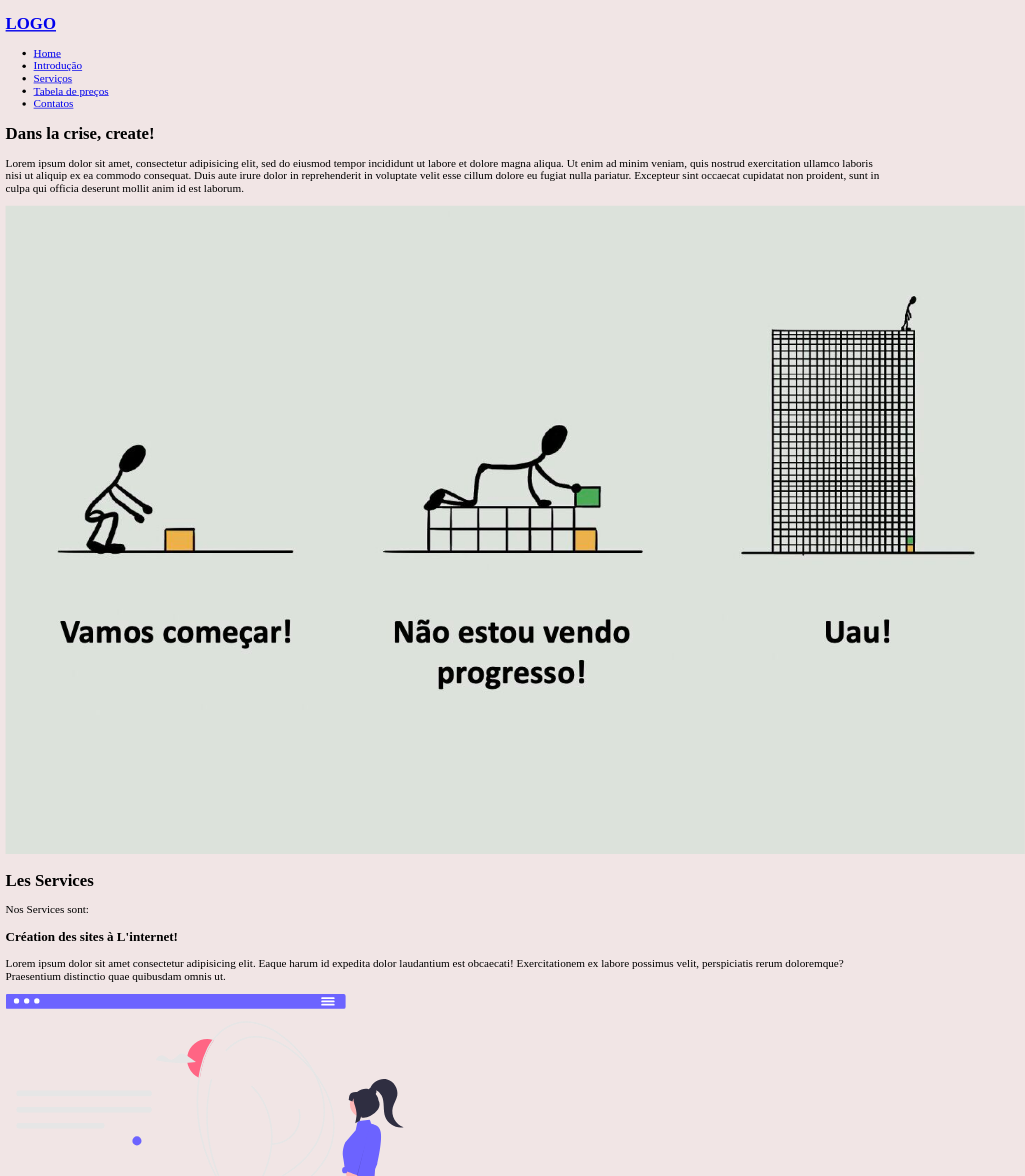
Repository: MarcioFreitasUFSC21/Proejct00
Page: ExampleSite/Assets/index2.html
The author's editor kept a copy of each file at every save. The page is drawn from the files as they stood at one save, then again after a run of saves.
The browser window is 1280 px wide. The page is 1464 px wide, so the pictures cover 1464 px, including what lies to the right of the window. The pictures show the part of the page from y = 0 to 1680 px (the page is 3767 px tall), at 70% of full size.

Above is the page before, as saved 2023-03-18 21:23:32.

After the next 2 saves:
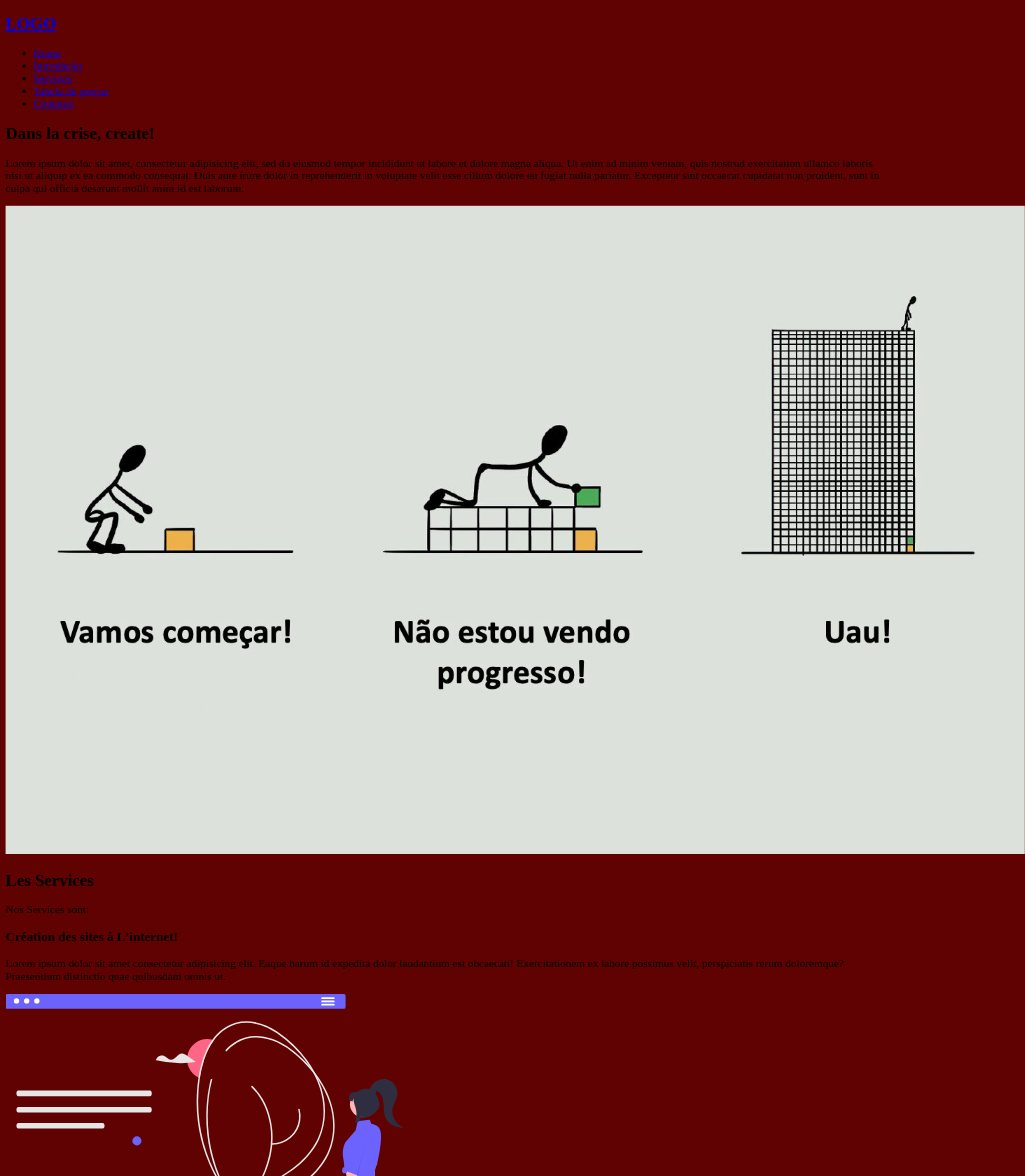
The 2 saves are shown as one change because they came seconds apart.
The last was saved 18 s later.
--- a/ExampleSite/Assets/Assets/CSS/style.css
+++ b/ExampleSite/Assets/Assets/CSS/style.css
@@ -1 +1 @@
-body {background: rgb(241, 229, 229);}
+body {background: rgb(97, 2, 2);}
